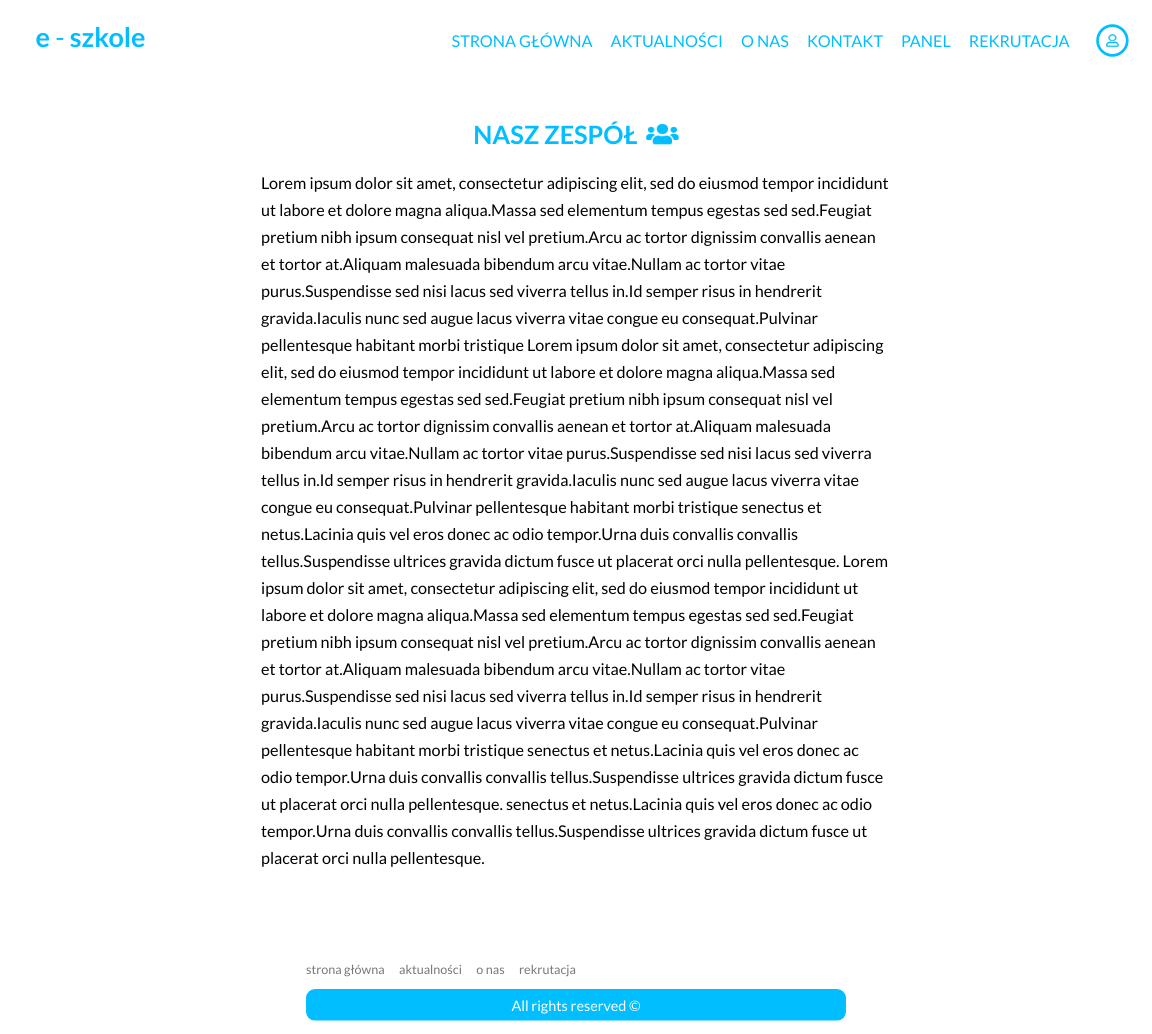
Repository: Votex874/e-szkole
Page: /rekrutacja (app in app/)
An editor plug-in stored every save of this project. The page is shown before and after the next save, followed by the edit.
The browser window is 1280 px wide. The pictures show the whole page, at 90% of full size.
The project was rebuilt for these pictures with package versions that can differ from the ones it lists, and the page was loaded fresh each time. Also part of the build but not shown: app/src/components/News/Title/index.js, app/src/components/News/Content/index.js, app/src/components/News/Avatar/index.js, app/src/components/News/Footer/index.js, app/src/components/News/index.js, app/src/components/AboutUs/Content/index.js, app/src/components/AboutUs/index.js, app/src/components/Graduates/ListItem/index.js and 21 more.

Above is the page before, as saved 2019-03-06 19:52:51.

### app/src/index.js
import React from 'react';
import ReactDOM from 'react-dom';
import App from './App';
import * as serviceWorker from './serviceWorker';
import { createStore } from 'redux';
import { Provider } from 'react-redux';
import rootReducer from './reducers/rootReducer'

const store = createStore(rootReducer);

ReactDOM.render(<Provider store={store}><App /></Provider>, document.getElementById('root'));

// If you want your app to work offline and load faster, you can change
// unregister() to register() below. Note this comes with some pitfalls.
// Learn more about service workers: http://bit.ly/CRA-PWA
serviceWorker.unregister();

### app/src/App.js
import React, { Component } from 'react';
import { Route, BrowserRouter, Switch } from 'react-router-dom'
import './reset.scss'

import Home from './containers/Home/index'
import Login from './containers/Login/index'
import Contact from './containers/Contact/index'
import News from './containers/News/index'
import About from './containers/About/index'
import Recruitment from './containers/Recruitment/index'

class App extends Component {
  render() {
    return (
      <BrowserRouter>
        <Switch>
          <Route exact path='/' component={Home} />
          <Route path='/login' component={Login} />
          <Route path='/kontakt' component={Contact} />
          <Route path='/blog' component={News} />
          <Route path='/o-nas' component={About} />
          <Route path='/rekrutacja' component={Recruitment} />
        </Switch>
      </BrowserRouter>
    );
  }
}

export default App;

### app/src/reset.scss
html, body, div, span, applet, object, iframe,
h1, h2, h3, h4, h5, h6, p, blockquote, pre,
a, abbr, acronym, address, big, cite, code,
del, dfn, em, img, ins, kbd, q, s, samp,
small, strike, strong, sub, sup, tt, var,
b, u, i, center,
dl, dt, dd, ol, ul, li,
fieldset, form, label, legend,
table, caption, tbody, tfoot, thead, tr, th, td,
article, aside, canvas, details, embed,
figure, figcaption, footer, header, hgroup,
menu, nav, output, ruby, section, summary,
time, mark, audio, video {
	margin: 0;
	padding: 0;
	border: 0;
	font-size: 100%;
	font: inherit;
	vertical-align: baseline;
}
/* HTML5 display-role reset for older browsers */
article, aside, details, figcaption, figure,
footer, header, hgroup, menu, nav, section {
	display: block;
}
body {
	line-height: 1;
}
ol, ul {
	list-style: none;
}
blockquote, q {
	quotes: none;
}
blockquote:before, blockquote:after,
q:before, q:after {
	content: '';
	content: none;
}
table {
	border-collapse: collapse;
	border-spacing: 0;
}
@import url('https://fonts.googleapis.com/css?family=Lato:300,300i,400,400i,700&amp;subset=latin-ext');

 body {
	font-family: 'Lato', sans-serif;
 }

 a{
	 text-decoration: none;
 }

### app/src/containers/Recruitment/index.js
import React, { Component } from 'react'
import HeaderMain from '../../components/HeaderMain/index'
import Footer from '../../components/Footer/index'
import RecruitmentContent from '../../components/RecruitmentContent/index'

class Recruitment extends Component {
  render() {
    return (
      <React.Fragment>
        <HeaderMain />
        <RecruitmentContent />
        <Footer />
      </React.Fragment>
    )
  }
}

export default Recruitment

### app/src/components/HeaderMain/index.js
import React, { Component } from 'react';
import styled from 'styled-components'
import Logo from '../Logo/index'
import Navigation from '../Nav/index'
import Hamburger from '../Hamburger/index'

const Header = styled.header`
 max-width: 1400px;
 height: 100px;
 margin: 0 auto;
 display: flex;
 justify-content: space-between;
 align-items: center;
 box-sizing: border-box;
 margin-top: 15px;
 @media (max-width: 1400px){
   width: 96%;
   height: 50px;
   align-items: center;
 }
`

class HeaderMain extends Component {
  constructor(props){
    super(props)

    this.state = {
      width: 0
    }
  }

  componentDidMount = () => {
    this.updateWindowDimensions();
    window.addEventListener('resize', this.updateWindowDimensions);
  }

  componentWillUnmount = () => {
    window.removeEventListener('resize', this.updateWindowDimensions);
  }

  updateWindowDimensions = () => {
    this.setState({ width: window.innerWidth });
  }

  render() {
    const { width } = this.state;
    return (
      <Header>
        <Logo />
        { width <= 767 ? <Hamburger /> : <Navigation /> }
      </Header>
    );
  }
}

export default HeaderMain;

### app/src/components/Footer/index.js
import React, { Component } from 'react'
import styled from 'styled-components'
import FooterNav from './FooterNav/index'
import { lightBlue } from '../../constColors'

const FooterContainer = styled.footer`
  width: 600px;
  margin: 0 auto;
  @media (max-width: 767px){
    width: 100%;
  }
`

const FooterBanner = styled.div`
  background-color: ${lightBlue};
  display: flex;
  justify-content: center;
  align-items: center;
  color: #fff;
  margin: 15px auto;
  height: 35px;
  border-radius: 10px;
  @media (max-width: 767px){
    width: 100%;
    border-radius: 0;
  }
`

class Footer extends Component {
  render(){
    return (
      <FooterContainer>
        <FooterNav />
        <FooterBanner>All rights reserved &copy; </FooterBanner>
      </FooterContainer>
    )
  }
}


export default Footer

### app/src/components/RecruitmentContent/index.js
import React, { Component } from 'react'
import styled from 'styled-components'

import { connect } from 'react-redux'
import SectionTitle from '../SectionTitle/index'
import TeamIcon from '../../images/icons/users.png'

const Container = styled.section`
  margin: 70px auto 100px auto;
`

const Content = styled.p`
  margin: 0 auto;
  width: 700px;
  font-size: 18px;
  line-height: 30px;
  @media (max-width: 767px){
    width: 90%;
    font-size: 14px;
    line-height: 24px;
  }
  @media (min-width: 768px) and (max-width: 768px){
    width: 600px;
    font-size: 16px;
    line-height: 26px;
  }
`

class RecruitmentContent extends Component {
  render() {
    const { aboutTeam } = this.props
    return (
      <Container>
        <SectionTitle img={TeamIcon} title="Nasz Zespół" />
        <Content>
          {aboutTeam}
        </Content>
      </Container>
    )
  }
}

const mapStateToProps = ({ aboutTeam }) => {
  return {
    aboutTeam
  }
}

export default connect(mapStateToProps)(RecruitmentContent)

### app/src/components/Logo/index.js
import React, { Component } from 'react';
import styled from 'styled-components'
import { shineOnHover, lightBlue } from '../../constColors'
import { Link } from 'react-router-dom'

const Alink = styled.span`
  display: flex;
  flex-direction: column;
  justify-content: center;
  align-items: center;
  width: 225px;
  padding: 0 10px;
  text-decoration: none;
  font-size: 50px;
  @media (max-width: 767px) {
    width: 150px;
    height: auto;
    font-size: 28px;
    align-items: flex-start;
    justify-content: flex-start;
    padding: 0;
  }
  @media (min-width: 768px) and (max-width: 1400px) {
    width: 150px;
    font-size: 30px;
    padding: 0;
  }
  @media (min-width: 1401px){
    ${shineOnHover}
  }
`
const Span = styled.h1`
  color: ${lightBlue};
  transition: .2s;
`
const Bold = styled.b`
  font-weight: bold;
`

class Logo extends Component {
  constructor(props){
    super(props)

    this.state = {
      logoLink: '/'
    }
  }
  render() {
    const { logoLink } = this.state;
    return (
      <Link to={logoLink}>
        <Alink>
          <Span id='logo' className="logo2"><Bold>e</Bold> - <Bold>szkole</Bold></Span>
        </Alink>
      </Link>
    );
  }
}

export default Logo;

### app/src/components/Nav/index.js
import React, { Component } from 'react';
import { connect } from 'react-redux'
import styled from 'styled-components'
import SingleLink from './Link/index'
import LoginButton from './../LoginButton/index';


const Nav = styled.nav`
  display: flex;
  margin: 10px 20px 0 auto;
  @media (max-width: 767px){
    flex-direction: column;
    margin: 120px 0 0 0;
  }
`

class Navigation extends Component {

  render() {
    const { links } = this.props;
    let listOfLinks = [];
    let i = 0;
    for (const key of Object.keys(links)) {
      // console.log(key, links[key]);
      listOfLinks[i] = <SingleLink data={links[key]} key={key} />
      i++;
    }
    return (
      <React.Fragment>
        <Nav>
          {listOfLinks}
        </Nav>
        <LoginButton />
      </React.Fragment>
    );
  }
}

const mapStateToProps = (state) => {
  return {
    links: state.links
  }
}

export default connect(mapStateToProps)(Navigation);

### app/src/components/Hamburger/index.js
import React, { Component } from 'react';
import styled from 'styled-components'
import hamburgerImg from '../../images/icons/hamburger.png'
import times from '../../images/icons/times.png'
import Navigation from '../Nav/index'

const Hamburger = styled.div`
  width: 40px;
  height: 40px;
`

const HamburgerImg = styled.img`
  width: 100%;
  height: 100%;
  opacity: 1;
  transition: .4s;
  position: relative;
  z-index: 10;
`

const MobileContainer = styled.div`
  position: absolute;
  display: flex;
  flex-direction: column-reverse;
  top: 0;
  left: 0;
  width: 100vw;
  height: 100vh;
  background-color: #fff;
  opacity: .9;
  z-index: 1;
  transition: .3s;
`

class Hambuger extends Component {
  constructor(props){
    super(props)

    this.body = document.querySelector('body');

    this.state = {
      imgAlt: 'hamburgerMenuIcon',
      imgSrc: hamburgerImg,
      fade: 1,
      displayMobile: 'none'
    }
  }

  handleHamburger = () => {
    const { imgSrc } = this.state;
    setTimeout( () => {
      if (imgSrc !== hamburgerImg) {
        this.body.style.overflow = "auto";
        this.setState({
          imgSrc: hamburgerImg,
          displayMobile: 'none',
          fade: 1
        })
      } else {
        this.body.style.overflow = "hidden";
        this.setState({
          imgSrc: times,
          displayMobile: 'block',
          fade: 1
        })
      }
    }, 400)
    this.setState({
      fade: 0
    })
  }

  render() {
    const { imgAlt, imgSrc, fade, displayMobile } = this.state
    return (
      <Hamburger>
        <HamburgerImg style={{opacity: fade}} src={imgSrc} alt={imgAlt} onClick={this.handleHamburger}/>
        <MobileContainer style={{display: displayMobile}}>
          <Navigation />
        </MobileContainer>
      </Hamburger>
    );
  }
}


export default Hambuger;

### app/src/components/SectionTitle/index.js
import React from 'react'
import styled from 'styled-components'
import { lightBlue } from '../../constColors'

const HeaderTitle = styled.h2`
  color: ${lightBlue};
  font-size: 32px;
  text-transform: uppercase;
  font-weight: bold;
  text-align: center;
  @media (max-width: 767px){
    font-size: 22px;
  }
  @media (min-width: 768px) and (max-width: 1400px){
    font-size: 28px;
  }
`
const HeaderImg = styled.img`
  width: 40px;
  height: 30px;
  margin-left: 10px;
  @media(max-width: 767px){
    width: 30px;
    height: 20px;
  }
  @media (min-width: 768px) and (max-width: 1400px){
    width: 36px;
    height: 26px;
  }
`

const Header = styled.header`
  display: flex;
  justify-content: center;
  align-items: center;
  width: 90%;
  margin: 25px auto;
`

const SectionTitle = ({ title, img }) => {
  return (
    <Header>
      <HeaderTitle>{title}</HeaderTitle>
      <HeaderImg src={img} alt="ikona zespolu"/>
    </Header>
  )
}


export default SectionTitle;

### app/src/components/Footer/FooterNav/index.js
import React, { Component } from 'react'
import styled from 'styled-components'
import NavLink from './NavLink/index'
import { connect } from 'react-redux'

const NavContainer = styled.nav`
  display: flex;
  justify-content: space-between;
  width: 50%;
  @media (max-width: 767px){
    width: 90%;
    margin: 0 auto;
  }
`

class FooterNav extends Component {
  constructor(props){
    super(props)

    this.state = {
      nav: []
    }
  }
  componentDidMount = () => {
    const { links } = this.props
    let listOfNavs = [];
    let i = 0;
    for (const key of Object.keys(links)) {
      if(links[key].basic === 'true'){
        listOfNavs[i] =
          <NavLink name={links[key].name} url={links[key].url} key={key} />
        i++;
      }
    }
    this.setState({
      nav: listOfNavs
    })
  }

  render(){
    const { nav } = this.state;
    return(
      <NavContainer>
        {nav}
      </NavContainer>
    )
  }
}

const mapStateToProps = (state) => {
  return {
    links: state.links
  }
}

export default connect(mapStateToProps)(FooterNav);

### app/src/constColors.js
const brown = '#BF5000';
const greenDark = '#008723';
const greenLight = '#34BD56';
const lightBlue = '#00BEFF';
const turquoise = '#fff';
const darkBlue = '#0057AE';

const shineOnHover = `
position: relative;
    overflow: hidden;
    display: inline-block;
    border-radius: 5px;
    text-align: center;
    line-height: 50px;

  &:after {
    content: "";
    position: absolute;
    top: -110%;
    left: -210%;
    width: 200%;
    height: 200%;
    opacity: 0;
    /* transform: rotate(30deg); */

    background: rgba(0, 190, 255, 0.13);
    background: linear-gradient(
      to right,
      rgba(0, 190, 255, 0.13) 0%,
      rgba(0, 190, 255, 0.13) 77%,
      rgba(0, 190, 255, 0.5) 92%,
      rgba(0, 190, 255, 0.0) 100%
    );
  }

  &:hover:after {
    opacity: 1;
    top: -30%;
    left: -30%;
    transition-property: left, top, opacity;
    transition-duration: 0.7s, 0.7s, 0.15s;
    transition-timing-function: ease;
  }


  &:active:after {
    opacity: 0;
  }
`

export { brown, greenLight, greenDark, lightBlue, shineOnHover, turquoise, darkBlue }

### app/src/components/Nav/Link/index.js
import React from 'react';
import styled from 'styled-components'
import { shineOnHover, lightBlue } from '../../../constColors'
import { Link } from 'react-router-dom'

const Alink = styled.span`
  text-decoration: none;
  color: ${lightBlue};
  margin: 10px 0;
  padding: 0 12px;
  font-size: 20px;
  text-transform: uppercase;
  text-align: center;

  @media (max-width: 767px){
    font-size: 24px;
    display: flex;
    justify-content: center;
    align-items: center;
  }
  @media (min-width: 768px) and (max-width: 1050px){
    font-size: 14px;
    margin: 10px 0;
    padding: 4px;
  }
  @media (min-width: 1051px) and (max-width: 1400px){
    font-size: 18px;
    margin: 10px 0;
    padding: 0 10px;
  }
  @media (min-width: 1401px){
    ${shineOnHover}
}
`

const SingleLink = ({ data }) => {
  const handleClick = () => {
    document.querySelector('body').style.overflow = "auto";
  }
  return (
    <Link onClick={handleClick} to={data.url}>
      <Alink>
        {data.name}
      </Alink>
    </Link>
  )
}

export default SingleLink;

### app/src/components/LoginButton/index.js
import React, { Component } from 'react';
import styled from 'styled-components'
import imgUser from '../../images/icons/loginUser.png'
import { shineOnHover, lightBlue } from '../../constColors'
import { Link } from 'react-router-dom'

const ButtonAlink = styled.span`
  width: 160px;
  height: 30px;
  font-size: 14px;
  text-transform: uppercase;
  font-weight: bold;
  text-decoration: none;
  display: flex;
  justify-content: center;
  align-items: center;
  border-radius: 20px;
  border: 3px solid ${lightBlue};
  margin-top: 10px;
  @media (max-width: 767px){
    position: absolute;
    top: 15px;
    left: 10px;
    width: 220px;
    height: 40px;
    font-size: 24px;
  }
  @media (min-width: 768px) and (max-width: 1400px){
    width: 30px;
  }
  @media (min-width: 1401px){
    ${shineOnHover}
    border-radius: 20px;
    line-height: normal;
    display: flex;
  }
`

const IconImg = styled.img`
  background-position: center;
  background-size: cover;
  background-repeat: no-repeat;
  margin-left: 15px;
  width: 14px;
  height: 14px;
  @media (max-width: 767px){
    width: 26px;
    height: 26px;
  }
  @media (min-width: 768px) and (max-width: 1400px){
    margin-left: 0;
  }
`
const SpanText = styled.span`
  color: ${lightBlue};
  @media (min-width: 768px) and (max-width: 1400px){
    display: none;
  }
`

class LoginButton extends Component {
  constructor(props){
    super(props)

    this.state = {
      loginLink: '/login'
    }
  }

  handleEnableScroll = () => {
    document.querySelector('body').style.overflow = "auto";
  }

  render() {
    const { loginLink } = this.state;
    return (
      <Link onClick={this.handleEnableScroll} to={loginLink} >
        <ButtonAlink>
          <SpanText>zaloguj się</SpanText>
          <IconImg src={imgUser} />
        </ButtonAlink>
      </Link>
    );
  }
}

export default LoginButton;

### app/src/components/Footer/FooterNav/NavLink/index.js
import React from 'react'
import styled from 'styled-components'
import { Link } from 'react-router-dom'

const Alink = styled.span`
  text-decoration: none;
  font-size: 14px;
  color: #777;
  @media (max-width: 767px){
    font-size: 12px;
  }
  @media (min-width: 768px) and (max-width: 1400px){
    font-size: 14px;
  }
`


const NavLink = ({ name, url }) => {
  return (
    <Link to={url}>
      <Alink>{name}</Alink>
    </Link>
  )
}

export default NavLink

Loaded but not shown: app/public/index.html (common file); app/src/serviceWorker.js (common file); app/src/reducers/rootReducer.js (169 lines, source omitted)

After the next save:
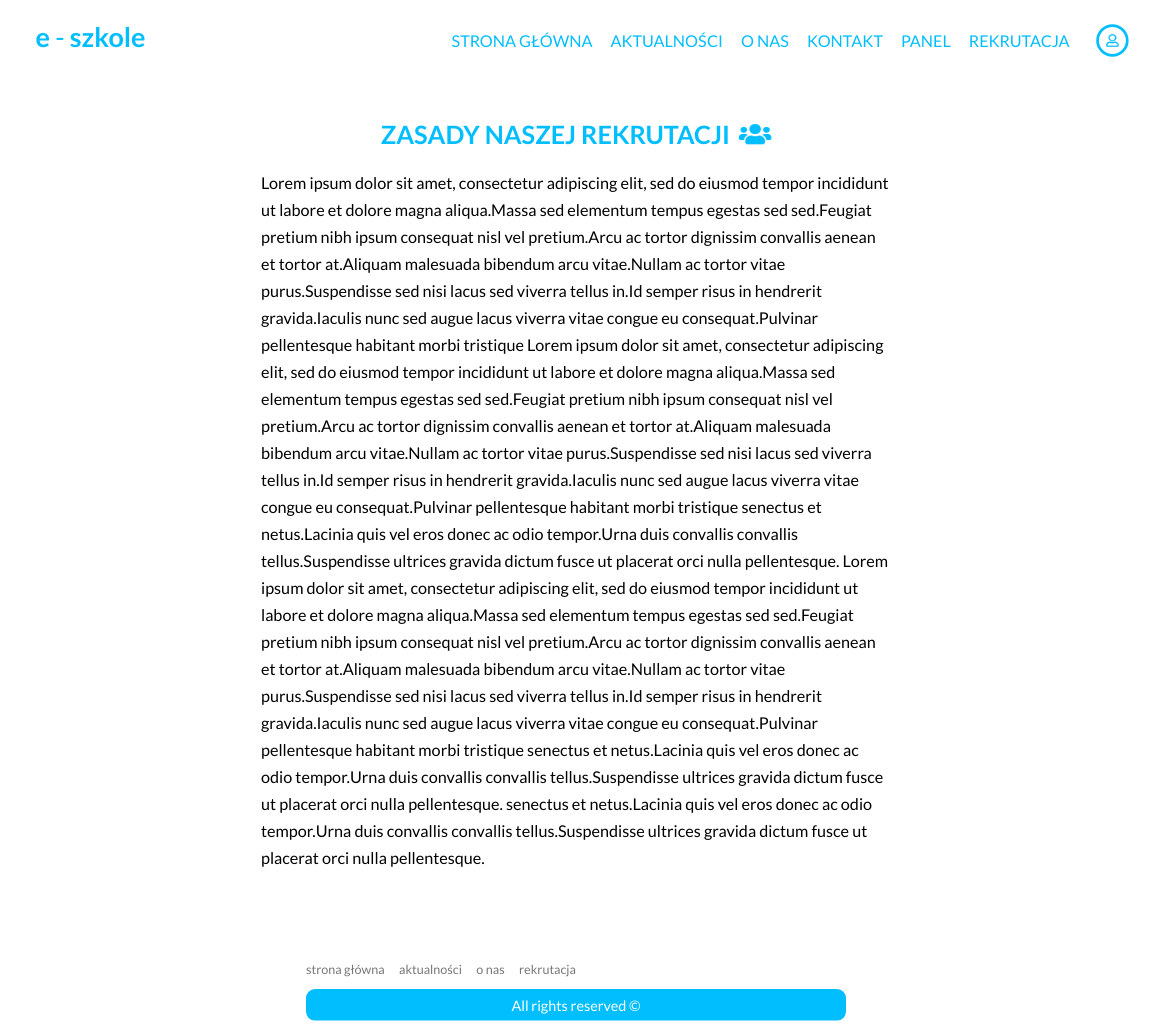
Saved 4 days later.
--- a/app/src/components/RecruitmentContent/index.js
+++ b/app/src/components/RecruitmentContent/index.js
@@ -31,7 +31,7 @@
     const { aboutTeam } = this.props
     return (
       <Container>
-        <SectionTitle img={TeamIcon} title="Nasz Zespół" />
+        <SectionTitle img={TeamIcon} title="Zasady naszej rekrutacji" />
         <Content>
           {aboutTeam}
         </Content>
